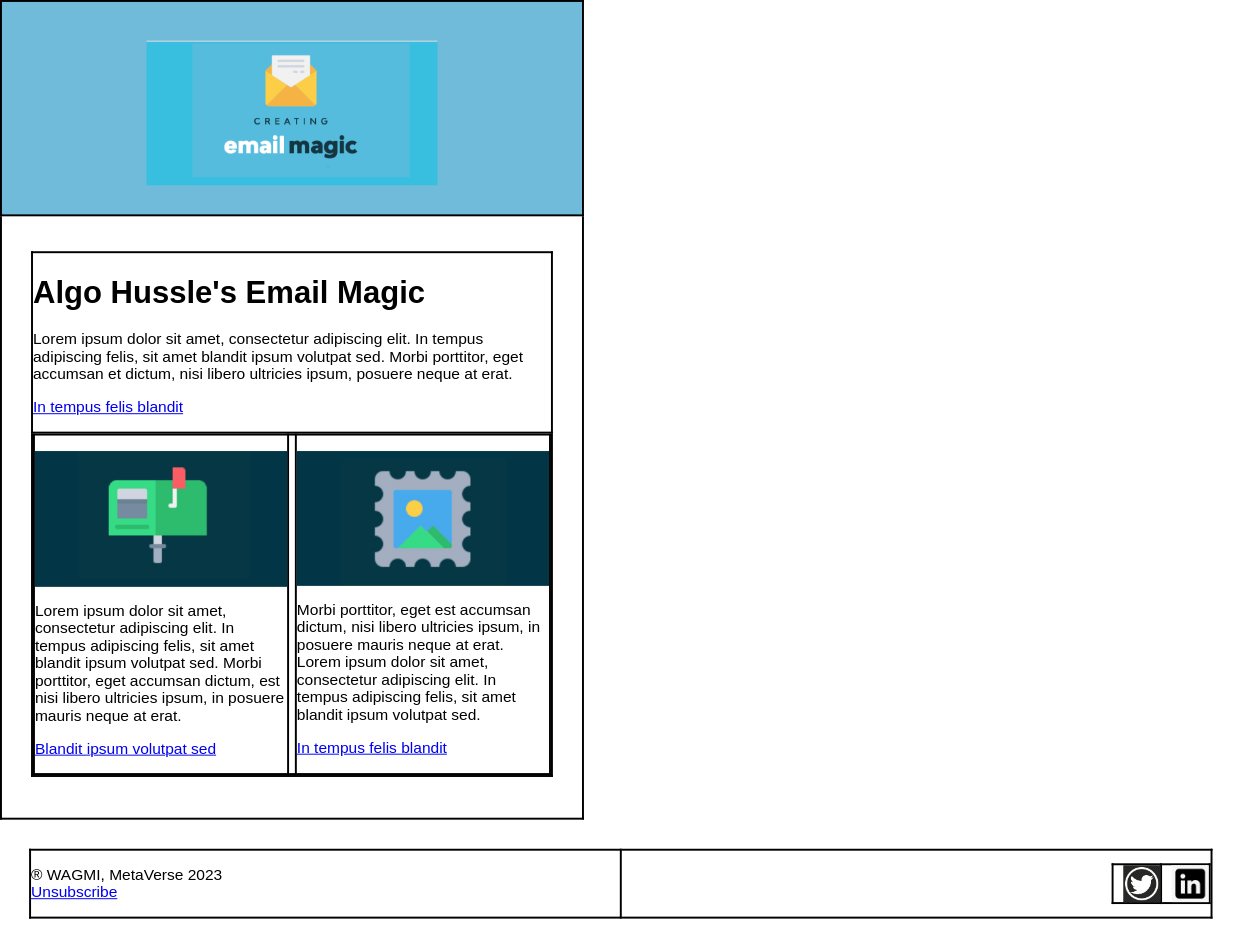
Repository: MikeeBuilds/email-template
Page: index.html
The author's editor kept a copy of each file at every save. The page is drawn from the files as they stood at one save, then again after a run of saves.
The browser window is 1280 px wide. The pictures show the whole page, at 97% of full size.
Some web libraries are served in a nearby version.

Above is the page before, as saved 2022-11-25 13:18:39.

### index.html
<!DOCTYPE html>
<html lang="en" xmlns="http://www.w3.org./1999/xhtml" xmlns:0="urn:schemas-microsoft-com:office:office">
<head>
    <script src="https://kit.fontawesome.com/f8f61e487a.js" crossorigin="anonymous"></script>
    <meta charset="UTF-8">
    <meta http-equiv="X-UA-Compatible" content="IE=edge">
    <meta name="x-apple-disable-message-reformatting">
    <meta name="viewport" content="width=device-width, initial-scale=1.0">
    <link rel="stylesheet" href="styles.css">
    <title></title>
    <!--[if mso]>
        <noscript>
            <xml>
                <o:OfficeDocumentSettings>
                    <o:AllowPNG/>
                    <o:PixelsPerInch>96</o:PixelsPerInch>
                </o:OfficeDocumentSettings>
            </xml>
        <![endif]-->
        <style>
            table, td, div, h1, p {
                font-family: Arial, sans-serif;
            }
            table, td {
                border: 2px solid #000 !important;
            }
            </style>
<body style="margin: 0; padding: 0;">
    <table role="presentation" style="width: 602px; border-collapse: collapse; border: 1px solid #cccccc; border-spacing: 0; text-align: left;
    border-spacing: 0; background: #ffffff;">
        <tr>
            <td align="center" style="padding: 40px 0 30px 0; background: #70bbd9;">
                <img src="images/h1.png" alt="heading picture" width="300" style="height: auto; display: block;" />
            </td>
        </tr>
        <tr>
            <td align="center" style="padding: 36px 30px 42px 30px;">
                <table role="presentation" style="width:100%;border-collapse:collapse;border:0;border-spacing:0;">
                    <tr>
                        <td style="padding:0;">
                            <h1>Algo Hussle's Email Magic</h1>
<p>Lorem ipsum dolor sit amet, consectetur adipiscing elit. In tempus adipiscing felis, sit amet blandit ipsum volutpat sed. Morbi porttitor, eget accumsan et dictum, nisi libero ultricies ipsum, posuere neque at erat.</p>
<p><a href="http://www.example.com">In tempus felis blandit</a></p>

                        </td>
                    </tr>
                    <tr>
                        <td style="padding:0;">
                            <table role="presentation" style="width:100%;border-collapse:collapse;border:0;border-spacing:0;">
                                <tr>
                                    <td style="width:260px;padding:0;vertical-align:top;">
                                        <p><img src="images/left.png" alt="" width="260" style="height:auto;display:block;" /></p>
            <p>Lorem ipsum dolor sit amet, consectetur adipiscing elit. In tempus adipiscing felis, sit amet blandit ipsum volutpat sed. Morbi porttitor, eget accumsan dictum, est nisi libero ultricies ipsum, in posuere mauris neque at erat.</p>
            <p><a href="http://www.example.com">Blandit ipsum volutpat sed</a></p>
                                    </td>
                                    <td style="width:20px;padding:0;font-size:0;line-height:0;">&nbsp;</td>
                                    <td style="width:260px;padding:0;vertical-align:top;">
                                        <p><img src="images/right.png" alt="" width="260" style="height:auto;display:block;" /></p>
            <p>Morbi porttitor, eget est accumsan dictum, nisi libero ultricies ipsum, in posuere mauris neque at erat. Lorem ipsum dolor sit amet, consectetur adipiscing elit. In tempus adipiscing felis, sit amet blandit ipsum volutpat sed.</p>
            <p><a href="http://www.example.com">In tempus felis blandit</a></p>
        </td>
    </tr>
</table>

                                    </td>
                                </tr>
                            </table>
                        </td>
                    </tr>
                </table>
            </body>
        </head>


        <footer style="padding: 30px; background: linear-gradient(0.25turn, #3f87a6, #)";>
            <table role="presentation" style="width:100%;border-collapse:collapse;border:0;border-spacing:0;">
                <tr>
                    <td style="padding:0;width:50%;" align="left">
                        <p>&reg; WAGMI, MetaVerse 2023<br/><a href="http://www.example.com">Unsubscribe</a></p>
                    </td>
                    <td style="padding:0;width:50%;" align="right">
                        <table role="presentation" style="border-collapse:collapse;border:0;border-spacing:0;">
                            <tr>
                                <td style="padding:0 0 0 10px;width:38px;">
                                    <a href="http://www.twitter.com/bankroll_miyagi"><img src="images/twitter.png" alt="Twitter" width="38" style="height:auto;display:block;border:0;" /></a>
                                </td>
                                <td style="padding:0 0 0 10px;width:38px;">
                                    <a href="http://www.linkedin.com/in/mike-woods-51b3b2257"><img src="images/linkedin.png" alt="Facebook" width="38" style="height:auto;display:block;border:0;" /></a>
                                </td>
                            </tr>
                        </table>
                    </td>
                </tr>
            </table>
        </footer>

        </html>

Loaded but not shown: styles.css (no stored copy; drawn as an empty file)

After the next 2 saves:
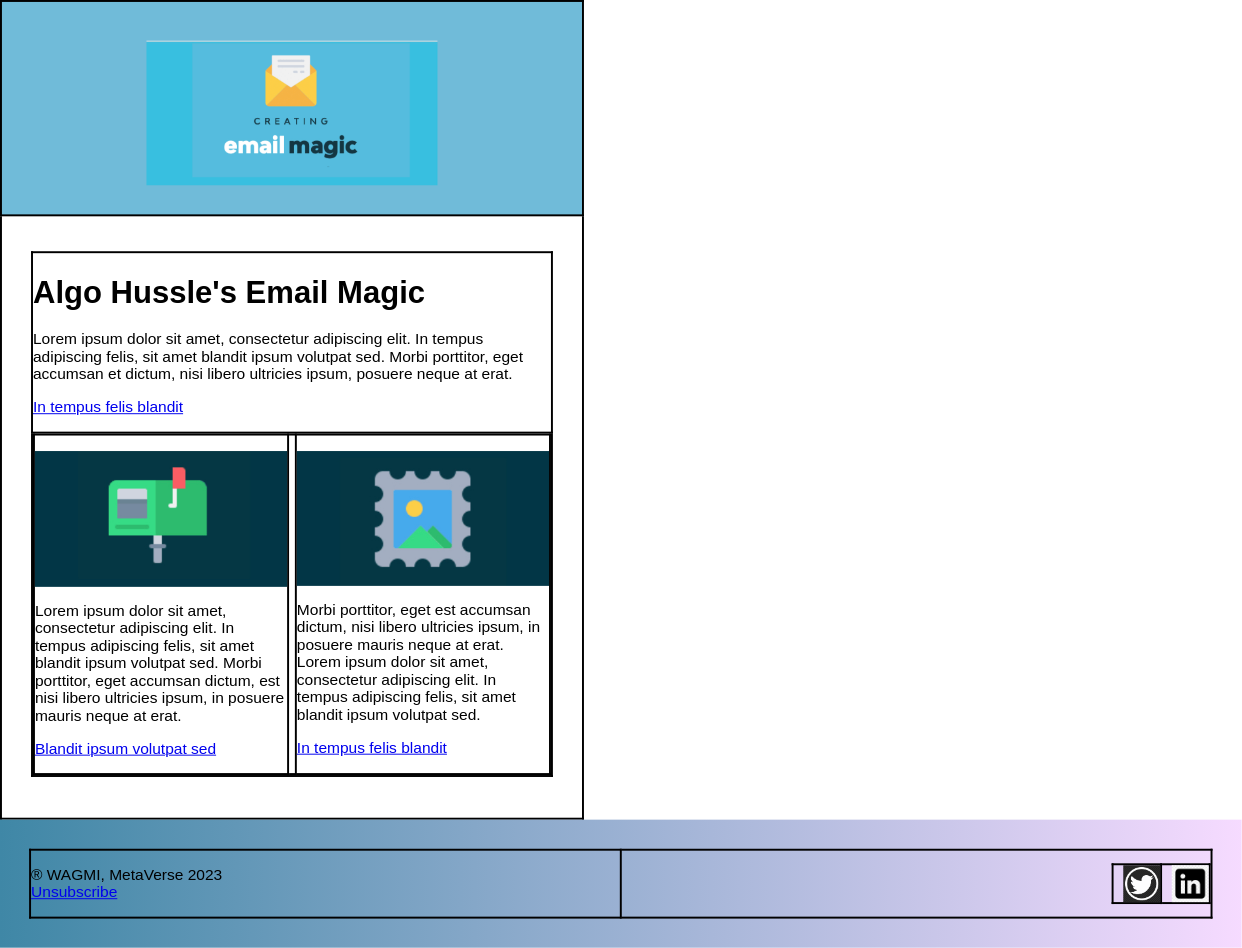
The 2 saves are shown as one change because they came seconds apart.
The last was saved 7 s later.
--- a/index.html
+++ b/index.html
@@ -72,7 +72,7 @@
         </head>
 
 
-        <footer style="padding: 30px; background: linear-gradient(0.25turn, #3f87a6, #)";>
+        <footer style="padding: 30px; background: linear-gradient(0.25turn, #3f87a6, #ebf8)";>
             <table role="presentation" style="width:100%;border-collapse:collapse;border:0;border-spacing:0;">
                 <tr>
                     <td style="padding:0;width:50%;" align="left">

After the 2 saves that followed:
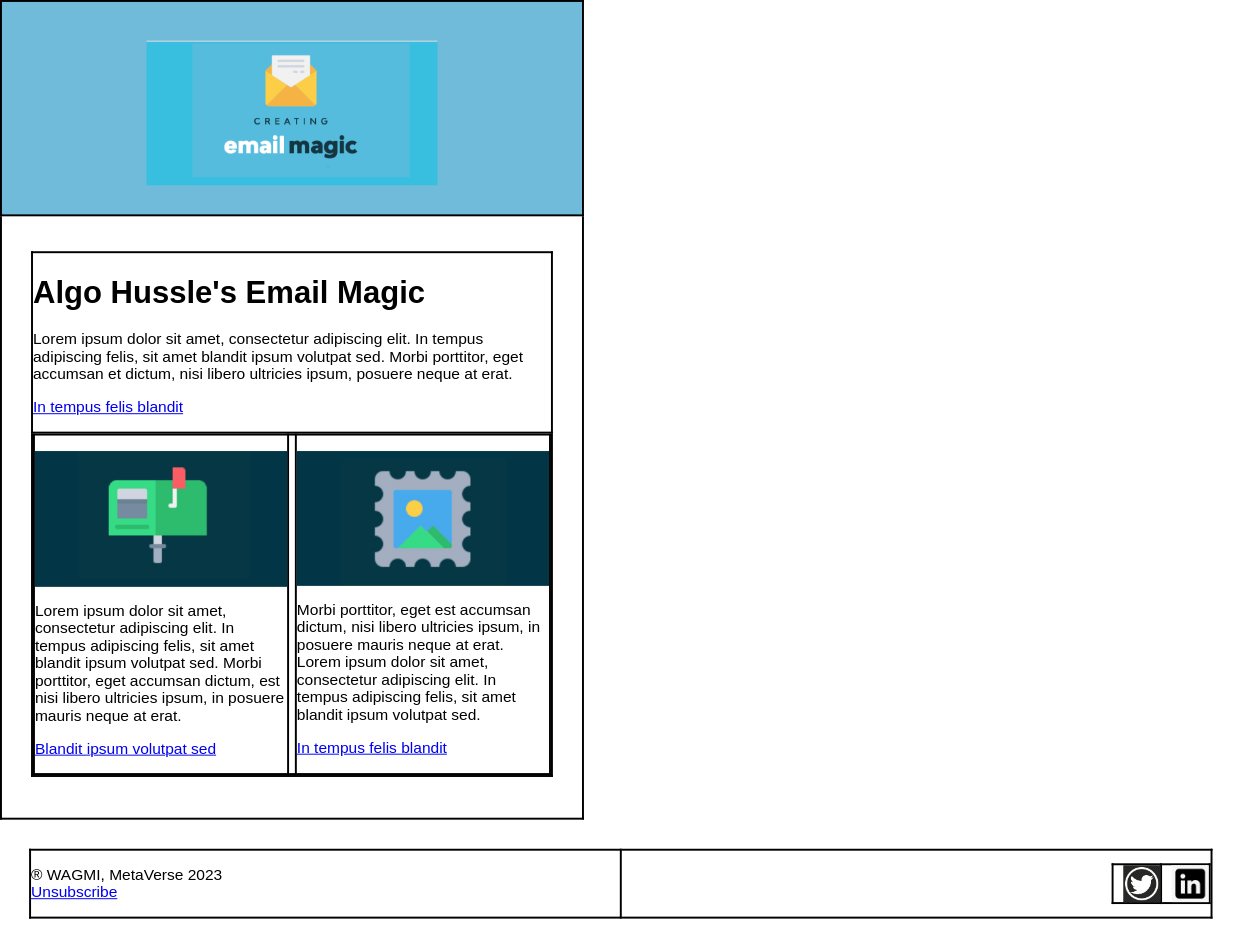
The 2 saves are shown as one change because they came seconds apart.
The last was saved 7 s later.
--- a/index.html
+++ b/index.html
@@ -72,7 +72,7 @@
         </head>
 
 
-        <footer style="padding: 30px; background: linear-gradient(0.25turn, #3f87a6, #ebf8)";>
+        <footer style="padding: 30px; background: linear-gradient(0.25turn, #3f87a6, #ebf87a6, )";>
             <table role="presentation" style="width:100%;border-collapse:collapse;border:0;border-spacing:0;">
                 <tr>
                     <td style="padding:0;width:50%;" align="left">
